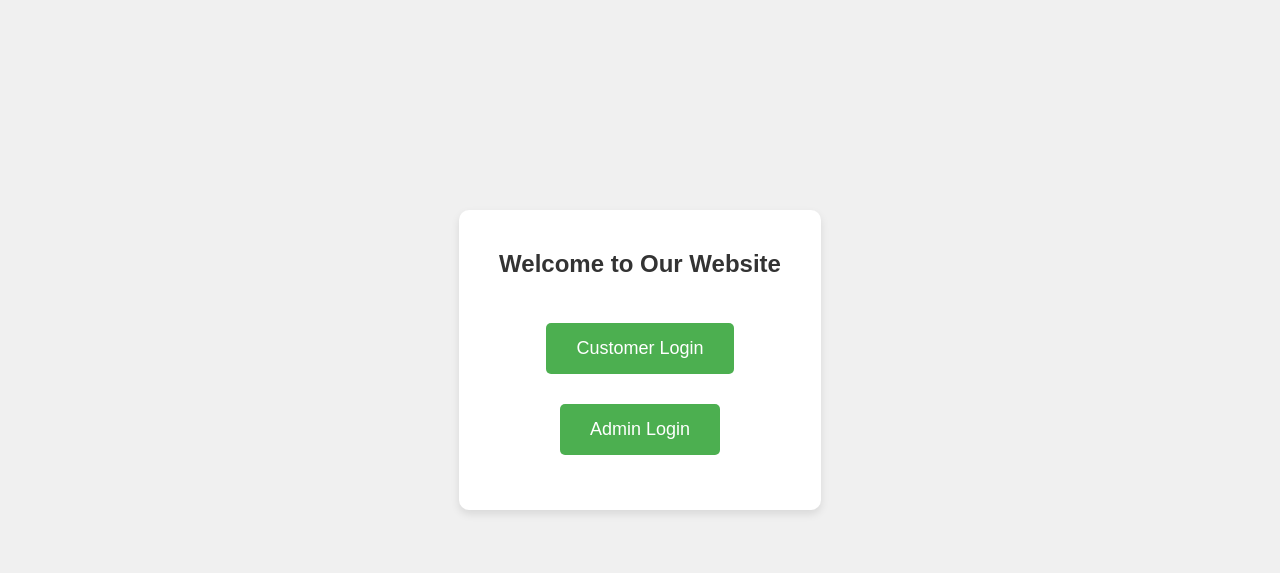
Repository: Purnima-Kushwah11/Online-Product-Management-System
Page: Application1CompleteDatabase/src/main/webapp/home.html
The author's editor kept a copy of each file at every save. The page is drawn from the files as they stood at one save, then again after the next save.
The browser window is 1280 px wide. The pictures show the whole page.

Above is the page before, as saved 2025-02-18 13:59:19.

### Application1CompleteDatabase/src/main/webapp/home.html
<!DOCTYPE html>
<html>
<head>
    <meta charset="UTF-8">
    <title>Login Options</title>
    <style>
        * {
            margin: 0;
            padding: 0;
            box-sizing: border-box;
        }

        body {
            font-family: Arial, sans-serif;
            background-color: #f0f0f0;
            display: flex;
            justify-content: center;
            align-items: center;
            height: 100vh;
            margin: 0;
        }

        .container {
            text-align: center;
            background-color: white;
            padding: 40px;
            border-radius: 10px;
            box-shadow: 0 4px 8px rgba(0, 0, 0, 0.1);
        }

        h1 {
            color: #333;
            margin-bottom: 30px;
            font-size: 24px;
        }

        a {
            display: inline-block;
            margin: 15px;
            padding: 15px 30px;
            background-color: #4CAF50;
            color: white;
            text-decoration: none;
            border-radius: 5px;
            font-size: 18px;
            transition: background-color 0.3s;
        }

        a:hover {
            background-color: #45a049;
        }
    </style>
</head>
<body>
    <div class="container">
        <h1>Welcome to Our Website</h1>
        <a href="CustomerLogin.html" class="btn">Customer Login</a><br>
        <a href="AdminLogin.html" class="btn">Admin Login</a>
    </div>
</body>
</html>

After the next save:
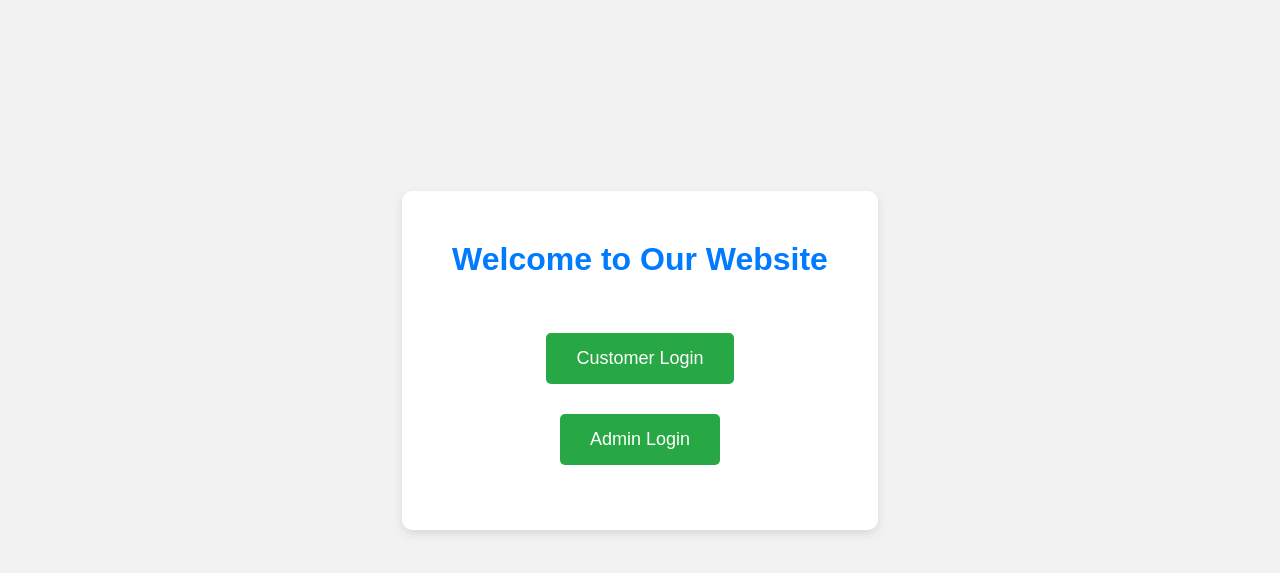
Saved 4 min 7 s later.
--- a/Application1CompleteDatabase/src/main/webapp/home.html
+++ b/Application1CompleteDatabase/src/main/webapp/home.html
@@ -1,18 +1,21 @@
 <!DOCTYPE html>
-<html>
+<html lang="en">
 <head>
     <meta charset="UTF-8">
-    <title>Login Options</title>
+    <meta name="viewport" content="width=device-width, initial-scale=1.0">
+    <title>Home</title>
     <style>
+        /* Basic reset */
         * {
             margin: 0;
             padding: 0;
             box-sizing: border-box;
         }
 
+        /* Body styling */
         body {
             font-family: Arial, sans-serif;
-            background-color: #f0f0f0;
+            background-color: #f2f2f2;
             display: flex;
             justify-content: center;
             align-items: center;
@@ -20,25 +23,27 @@
             margin: 0;
         }
 
+        /* Container for links */
         .container {
+            background-color: #ffffff;
+            border-radius: 10px;
+            padding: 50px;
+            box-shadow: 0 4px 10px rgba(0, 0, 0, 0.1);
             text-align: center;
-            background-color: white;
-            padding: 40px;
-            border-radius: 10px;
-            box-shadow: 0 4px 8px rgba(0, 0, 0, 0.1);
         }
 
         h1 {
-            color: #333;
-            margin-bottom: 30px;
-            font-size: 24px;
+            color: #007bff;
+            margin-bottom: 40px;
+            font-size: 2rem;
         }
 
+        /* Link styling */
         a {
             display: inline-block;
             margin: 15px;
             padding: 15px 30px;
-            background-color: #4CAF50;
+            background-color: #28a745;
             color: white;
             text-decoration: none;
             border-radius: 5px;
@@ -47,15 +52,33 @@
         }
 
         a:hover {
-            background-color: #45a049;
+            background-color: #218838;
+        }
+
+        /* Responsive design */
+        @media (max-width: 600px) {
+            .container {
+                padding: 30px;
+            }
+
+            h1 {
+                font-size: 1.5rem;
+            }
+
+            a {
+                font-size: 16px;
+                padding: 12px 25px;
+            }
         }
     </style>
 </head>
 <body>
+
     <div class="container">
         <h1>Welcome to Our Website</h1>
-        <a href="CustomerLogin.html" class="btn">Customer Login</a><br>
-        <a href="AdminLogin.html" class="btn">Admin Login</a>
+        <a href="CustomerLogin.html">Customer Login</a><br>
+        <a href="AdminLogin.html">Admin Login</a>
     </div>
+
 </body>
 </html>
